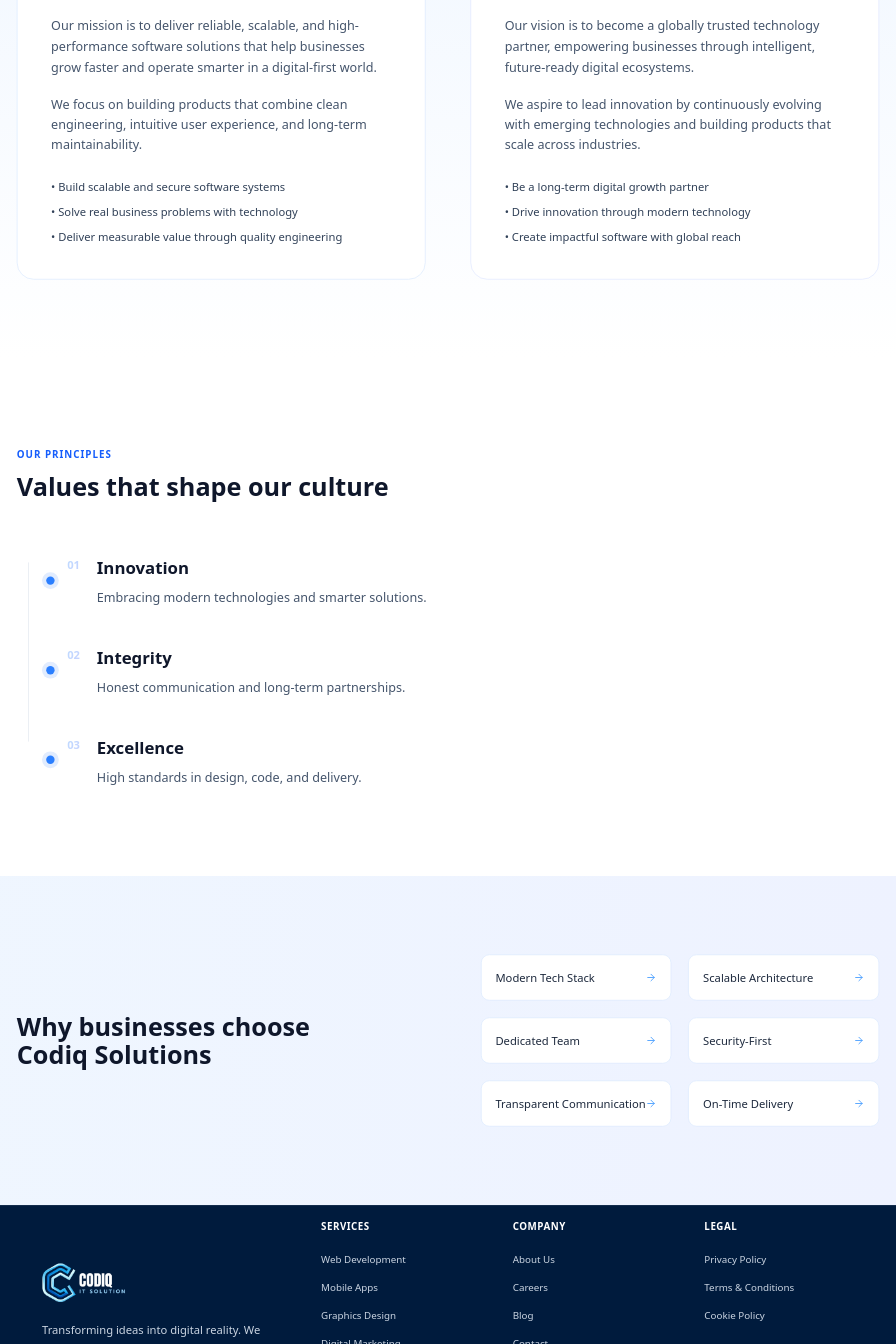
Repository: codiqsolutions/Codiq_Web
Page: /about (app in codiq-main/frontend/)
An editor plug-in stored every save of this project. The page is shown before and after the next save, followed by the edit.
The browser window is 1280 px wide. The pictures show the part of the page from y = 1229 to 3149 px (the page is 3402 px tall), at 70% of full size.
The project was rebuilt for these pictures with package versions that can differ from the ones it lists, and the page was loaded fresh each time. The framework's server and built-in components were replaced by stand-ins that run in the browser. Also part of the build but not shown: codiq-main/frontend/next.config.ts.

Above is the page before, as saved 2026-01-08 15:04:13.

### codiq-main/frontend/app/layout.tsx
import type { Metadata } from "next";
import { Geist, Geist_Mono } from "next/font/google";
import "./globals.css";
import { Footer } from "@/components/Footer";
import Header from "@/components/Header";

const geistSans = Geist({
  variable: "--font-geist-sans",
  subsets: ["latin"],
});

const geistMono = Geist_Mono({
  variable: "--font-geist-mono",
  subsets: ["latin"],
});

export const metadata: Metadata = {
  title: "Codiq Solutions",
  description:
    "Codiq Solutions offers premium Web development, Mobile apps, and Digital marketing.",
};

export default function RootLayout({
  children,
}: {
  children: React.ReactNode;
}) {
  return (
    <html lang="en" className="scroll-smooth">
      <body
        className={`${geistSans.variable} ${geistMono.variable} antialiased min-h-screen flex flex-col font-sans`}
      >
        <Header />
        <main className="flex-grow pt-16">{children}</main>
        <Footer />
      </body>
    </html>
  );
}

### codiq-main/frontend/app/about/page.tsx
"use client"

import { motion } from "framer-motion"
import {
    Code2,
    Target,
    Users,
    Lightbulb,
    ShieldCheck,
    Rocket,
    ArrowRight,
} from "lucide-react"
import { PageHeader } from "@/components/PageHeader"

export default function AboutPage() {
    return (
        <>
            <PageHeader
                title="About Codiq Solutions"
                description="Engineering scalable software products with precision, performance, and purpose."
            />

            {/* INTRO STORY */}
            <section className="relative bg-white py-32 overflow-hidden">
                {/* Color accents */}
                <div className="absolute -top-32 -left-32 h-96 w-96 rounded-full bg-blue-100 blur-3xl opacity-70" />
                <div className="absolute top-1/3 -right-32 h-96 w-96 rounded-full bg-indigo-100 blur-3xl opacity-70" />

                <div className="relative mx-auto max-w-7xl px-6">
                    <div className="grid lg:grid-cols-[1.2fr_0.8fr] gap-20 items-center">
                        <motion.div
                            initial={{ opacity: 0, y: 30 }}
                            whileInView={{ opacity: 1, y: 0 }}
                            viewport={{ once: true }}
                        >
                            <p className="text-sm font-semibold tracking-widest uppercase mb-4 bg-gradient-to-r from-blue-600 to-indigo-600 bg-clip-text text-transparent">
                                Our Identity
                            </p>

                            <h2 className="text-5xl font-extrabold leading-tight mb-8 text-slate-900">
                                We build software <br />
                                <span className="bg-gradient-to-r from-blue-600 to-indigo-600 bg-clip-text text-transparent">
                                    that scales with ambition.
                                </span>
                            </h2>

                            <p className="text-lg text-slate-600 leading-relaxed mb-6">
                                Codiq Solutions is a technology-driven IT company crafting
                                intelligent digital products for startups and modern businesses.
                            </p>

                            <p className="text-lg text-slate-600 leading-relaxed">
                                We combine engineering excellence with business-first thinking
                                to deliver real impact.
                            </p>
                        </motion.div>

                        {/* Side Highlights */}
                        <motion.div
                            initial={{ opacity: 0, scale: 0.95 }}
                            whileInView={{ opacity: 1, scale: 1 }}
                            viewport={{ once: true }}
                            className="space-y-6"
                        >
                            {[
                                { icon: Code2, label: "Engineering First", color: "from-blue-500 to-indigo-500" },
                                { icon: ShieldCheck, label: "Security Focused", color: "from-indigo-500 to-violet-500" },
                                { icon: Rocket, label: "Growth Ready", color: "from-violet-500 to-purple-500" },
                            ].map((item) => (
                                <div
                                    key={item.label}
                                    className="flex items-center gap-5 rounded-2xl border border-slate-200 bg-white p-6 shadow-sm hover:shadow-lg transition"
                                >
                                    <div
                                        className={`flex h-12 w-12 items-center justify-center rounded-xl bg-gradient-to-br ${item.color} text-white`}
                                    >
                                        <item.icon className="h-6 w-6" />
                                    </div>
                                    <span className="text-lg font-semibold text-slate-800">
                                        {item.label}
                                    </span>
                                </div>
                            ))}
                        </motion.div>
                    </div>
                </div>
            </section>

            {/* MISSION & VISION */}
            <section className="bg-gradient-to-b from-blue-50 to-white py-28">
                <div className="mx-auto max-w-7xl px-6">
                    <div className="grid md:grid-cols-2 gap-16">

                        {/* MISSION */}
                        <motion.div
                            whileHover={{ y: -8 }}
                            className="rounded-3xl bg-white p-12 border border-blue-100 transition hover:shadow-xl"
                        >
                            <Target className="h-10 w-10 text-blue-600 mb-6" />

                            <h3 className="text-3xl font-bold text-slate-900 mb-6">
                                Our Mission
                            </h3>

                            <p className="text-lg text-slate-600 leading-relaxed mb-6">
                                Our mission is to deliver reliable, scalable, and high-performance
                                software solutions that help businesses grow faster and operate
                                smarter in a digital-first world.
                            </p>

                            <p className="text-lg text-slate-600 leading-relaxed mb-8">
                                We focus on building products that combine clean engineering,
                                intuitive user experience, and long-term maintainability.
                            </p>

                            <ul className="space-y-3 text-slate-700 font-medium">
                                <li>• Build scalable and secure software systems</li>
                                <li>• Solve real business problems with technology</li>
                                <li>• Deliver measurable value through quality engineering</li>
                            </ul>
                        </motion.div>

                        {/* VISION */}
                        <motion.div
                            whileHover={{ y: -8 }}
                            className="rounded-3xl bg-white p-12 border border-indigo-100 transition hover:shadow-xl"
                        >
                            <Lightbulb className="h-10 w-10 text-indigo-600 mb-6" />

                            <h3 className="text-3xl font-bold text-slate-900 mb-6">
                                Our Vision
                            </h3>

                            <p className="text-lg text-slate-600 leading-relaxed mb-6">
                                Our vision is to become a globally trusted technology partner,
                                empowering businesses through intelligent, future-ready digital
                                ecosystems.
                            </p>

                            <p className="text-lg text-slate-600 leading-relaxed mb-8">
                                We aspire to lead innovation by continuously evolving with emerging
                                technologies and building products that scale across industries.
                            </p>

                            <ul className="space-y-3 text-slate-700 font-medium">
                                <li>• Be a long-term digital growth partner</li>
                                <li>• Drive innovation through modern technology</li>
                                <li>• Create impactful software with global reach</li>
                            </ul>
                        </motion.div>

                    </div>
                </div>
            </section>

            {/* VALUES */}
            <section className="bg-white py-32">
                <div className="mx-auto max-w-7xl px-6">
                    <div className="mb-20 max-w-2xl">
                        <p className="text-sm font-semibold tracking-widest uppercase mb-4 text-blue-600">
                            Our Principles
                        </p>
                        <h2 className="text-4xl font-extrabold text-slate-900">
                            Values that shape our culture
                        </h2>
                    </div>

                    <div className="relative space-y-14 pl-12">
                        {/* Timeline line */}
                        <div className="absolute left-4 top-2 bottom-2 w-px bg-slate-200" />

                        {[
                            {
                                title: "Innovation",
                                desc: "Embracing modern technologies and smarter solutions.",
                            },
                            {
                                title: "Integrity",
                                desc: "Honest communication and long-term partnerships.",
                            },
                            {
                                title: "Excellence",
                                desc: "High standards in design, code, and delivery.",
                            },
                        ].map((value, i) => (
                            <motion.div
                                key={value.title}
                                initial={{ opacity: 0, x: -40 }}
                                whileInView={{ opacity: 1, x: 0 }}
                                viewport={{ once: true }}
                                transition={{ delay: i * 0.1 }}
                                className="relative flex items-start gap-6 pl-6"
                            >
                                {/* Timeline dot */}
                                <div className="absolute -left-[6px] top-7 h-3 w-3 rounded-full bg-blue-500 shadow-[0_0_0_6px_rgba(59,130,246,0.15)]" />

                                <div className="text-6  xl font-extrabold bg-gradient-to-br from-blue-200 to-indigo-200 bg-clip-text text-transparent">
                                    {String(i + 1).padStart(2, "0")}
                                </div>

                                <div>
                                    <h3 className="text-2xl font-bold text-slate-900 mb-3">
                                        {value.title}
                                    </h3>
                                    <p className="text-lg text-slate-600 max-w-2xl">
                                        {value.desc}
                                    </p>
                                </div>
                            </motion.div>
                        ))}
                    </div>
                </div>
            </section>

            {/* WHY CODIQ */}
            <section className="bg-gradient-to-r from-blue-50 to-indigo-50 py-28">
                <div className="mx-auto max-w-7xl px-6">
                    <div className="flex flex-col lg:flex-row lg:items-center lg:justify-between gap-12">
                        <h2 className="text-4xl font-extrabold text-slate-900 max-w-xl">
                            Why businesses choose <br /> Codiq Solutions
                        </h2>

                        <div className="grid sm:grid-cols-2 gap-6 max-w-xl">
                            {[
                                "Modern Tech Stack",
                                "Scalable Architecture",
                                "Dedicated Team",
                                "Security-First",
                                "Transparent Communication",
                                "On-Time Delivery",
                            ].map((point) => (
                                <div
                                    key={point}
                                    className="flex items-center justify-between rounded-xl bg-white border border-blue-100 p-5 hover:shadow-lg transition"
                                >
                                    <span className="font-medium text-slate-800">{point}</span>
                                    <ArrowRight className="h-4 w-4 text-blue-400" />
                                </div>
                            ))}
                        </div>
                    </div>
                </div>
            </section>
        </>
    )
}

### codiq-main/frontend/app/globals.css
@import "tailwindcss";

:root {
  /* Brand Colors - Electric Blue & Deep Space */
  --primary: #2563eb;
  /* Blue-600 */
  --primary-hover: #1d4ed8;
  /* Blue-700 */
  --primary-light: #dbeafe;
  /* Blue-100 */
  --text-primary: #0f172a;
  /* Slate-900 */
  --text-muted: #475569;
  /* Slate-600 */
  --primary-foreground: 255, 255, 255;

  --secondary: 15, 23, 42;
  /* slate-900 */
  --secondary-foreground: 255, 255, 255;

  --accent: 79, 70, 229;
  /* indigo-600 */
  --accent-foreground: 255, 255, 255;

  /* Backgrounds */
  --background: 255, 255, 255;
  --foreground: 15, 23, 42;

  --glass-border: 226, 232, 240;
  /* slate-200 */

  --radius: 0.75rem;
}

@media (prefers-color-scheme: dark) {
  :root {
    --background: 2, 6, 23;
    /* slate-950 */
    --foreground: 248, 250, 252;
    /* slate-50 */

    --glass-border: 30, 41, 59;
    /* slate-800 */

    /* Adjust secondary for dark mode contrast */
    --secondary: 248, 250, 252;
    --secondary-foreground: 15, 23, 42;
  }
}

body {
  color: rgb(var(--foreground));
  background-color: rgb(var(--background));
  background-image:
    radial-gradient(circle at 50% 0%, rgba(var(--primary), 0.15) 0%, transparent 50%),
    radial-gradient(circle at 100% 0%, rgba(var(--accent), 0.1) 0%, transparent 50%);
  min-height: 100vh;
  font-feature-settings: "ss01", "ss02", "cv01", "cv02";
  -webkit-font-smoothing: antialiased;
}

/* Utilities */
@utility glass {
  @apply backdrop-blur-xl bg-white/70 dark:bg-slate-950/70 border border-slate-200/50 dark:border-slate-800/50;
}

@utility glass-nav {
  @apply backdrop-blur-xl bg-white/80 dark:bg-slate-950/80 border border-slate-200/50 dark:border-slate-800/50 shadow-sm supports-[backdrop-filter]:bg-white/60 supports-[backdrop-filter]:dark:bg-slate-950/60;
}

@utility premium-card {
  @apply bg-white dark:bg-slate-900/50 border border-slate-200 dark:border-slate-800 rounded-2xl shadow-sm hover:shadow-xl transition-all duration-300 hover:border-blue-500/30 dark:hover:border-blue-500/30 hover:-translate-y-1;
}

@utility text-balance {
  text-wrap: balance;
}

@utility text-pretty {
  text-wrap: pretty;
}

@layer base {
  * {
    @apply border-gray-200 dark:border-gray-800;
  }
}

### codiq-main/frontend/components/PageHeader.tsx
"use client"

import { motion } from "framer-motion"

interface PageHeaderProps {
    title: string
    description: string
}

export function PageHeader({ title, description }: PageHeaderProps) {
    return (
        <div className="bg-slate-50 dark:bg-slate-900/50 py-20 pb-24 text-center">
            <div className="mx-auto max-w-7xl px-4 sm:px-6 lg:px-8">
                <motion.h1
                    initial={{ opacity: 0, y: 20 }}
                    animate={{ opacity: 1, y: 0 }}
                    className="text-4xl font-bold tracking-tight text-slate-900 dark:text-white sm:text-5xl"
                >
                    {title}
                </motion.h1>
                <motion.p
                    initial={{ opacity: 0, y: 20 }}
                    animate={{ opacity: 1, y: 0 }}
                    transition={{ delay: 0.1 }}
                    className="mt-6 text-lg text-slate-600 dark:text-slate-400 max-w-2xl mx-auto"
                >
                    {description}
                </motion.p>
            </div>
        </div>
    )
}

### codiq-main/frontend/components/ui/button.tsx
import * as React from "react"
import { Slot } from "@radix-ui/react-slot"
import { cva, type VariantProps } from "class-variance-authority"

import { cn } from "@/lib/utils"

const buttonVariants = cva(
  "inline-flex items-center justify-center gap-2 whitespace-nowrap rounded-md text-sm font-medium transition-colors focus-visible:outline-none focus-visible:ring-1 focus-visible:ring-ring disabled:pointer-events-none disabled:opacity-50 [&_svg]:pointer-events-none [&_svg]:size-4 [&_svg]:shrink-0",
  {
    variants: {
      variant: {
        default:
          "bg-primary text-primary-foreground shadow hover:bg-primary/90",
        destructive:
          "bg-destructive text-destructive-foreground shadow-sm hover:bg-destructive/90",
        outline:
          "border border-input bg-background shadow-sm hover:bg-accent hover:text-accent-foreground",
        secondary:
          "bg-secondary text-secondary-foreground shadow-sm hover:bg-secondary/80",
        ghost: "hover:bg-accent hover:text-accent-foreground",
        link: "text-primary underline-offset-4 hover:underline",
      },
      size: {
        default: "h-9 px-4 py-2",
        sm: "h-8 rounded-md px-3 text-xs",
        lg: "h-10 rounded-md px-8",
        icon: "h-9 w-9",
      },
    },
    defaultVariants: {
      variant: "default",
      size: "default",
    },
  }
)

export interface ButtonProps
  extends React.ButtonHTMLAttributes<HTMLButtonElement>,
    VariantProps<typeof buttonVariants> {
  asChild?: boolean
}

const Button = React.forwardRef<HTMLButtonElement, ButtonProps>(
  ({ className, variant, size, asChild = false, ...props }, ref) => {
    const Comp = asChild ? Slot : "button"
    return (
      <Comp
        className={cn(buttonVariants({ variant, size, className }))}
        ref={ref}
        {...props}
      />
    )
  }
)
Button.displayName = "Button"

export { Button, buttonVariants }

Loaded but not shown: codiq-main/frontend/lib/utils.ts (common file); codiq-main/frontend/components/Footer.tsx (153 lines, source omitted); codiq-main/frontend/components/Header.tsx (142 lines, source omitted); codiq-main/frontend/components/ui/sheet.tsx (140 lines, source omitted)

After the next save:
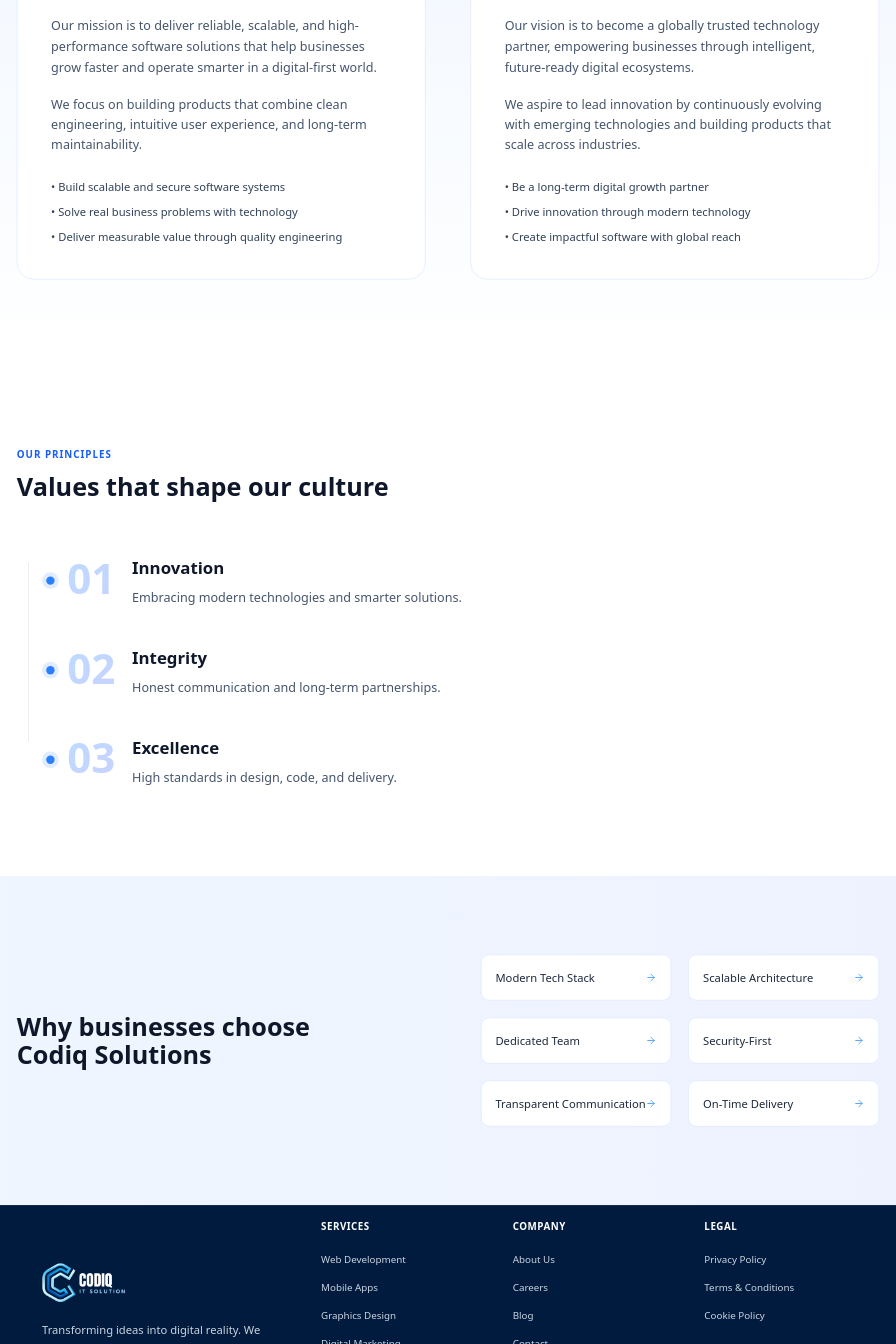
Saved 7 s later.
--- a/codiq-main/frontend/app/about/page.tsx
+++ b/codiq-main/frontend/app/about/page.tsx
@@ -194,7 +194,7 @@ export default function AboutPage() {
                                 {/* Timeline dot */}
                                 <div className="absolute -left-[6px] top-7 h-3 w-3 rounded-full bg-blue-500 shadow-[0_0_0_6px_rgba(59,130,246,0.15)]" />
 
-                                <div className="text-6  xl font-extrabold bg-gradient-to-br from-blue-200 to-indigo-200 bg-clip-text text-transparent">
+                                <div className="text-6xl font-extrabold bg-gradient-to-br from-blue-200 to-indigo-200 bg-clip-text text-transparent">
                                     {String(i + 1).padStart(2, "0")}
                                 </div>
 
